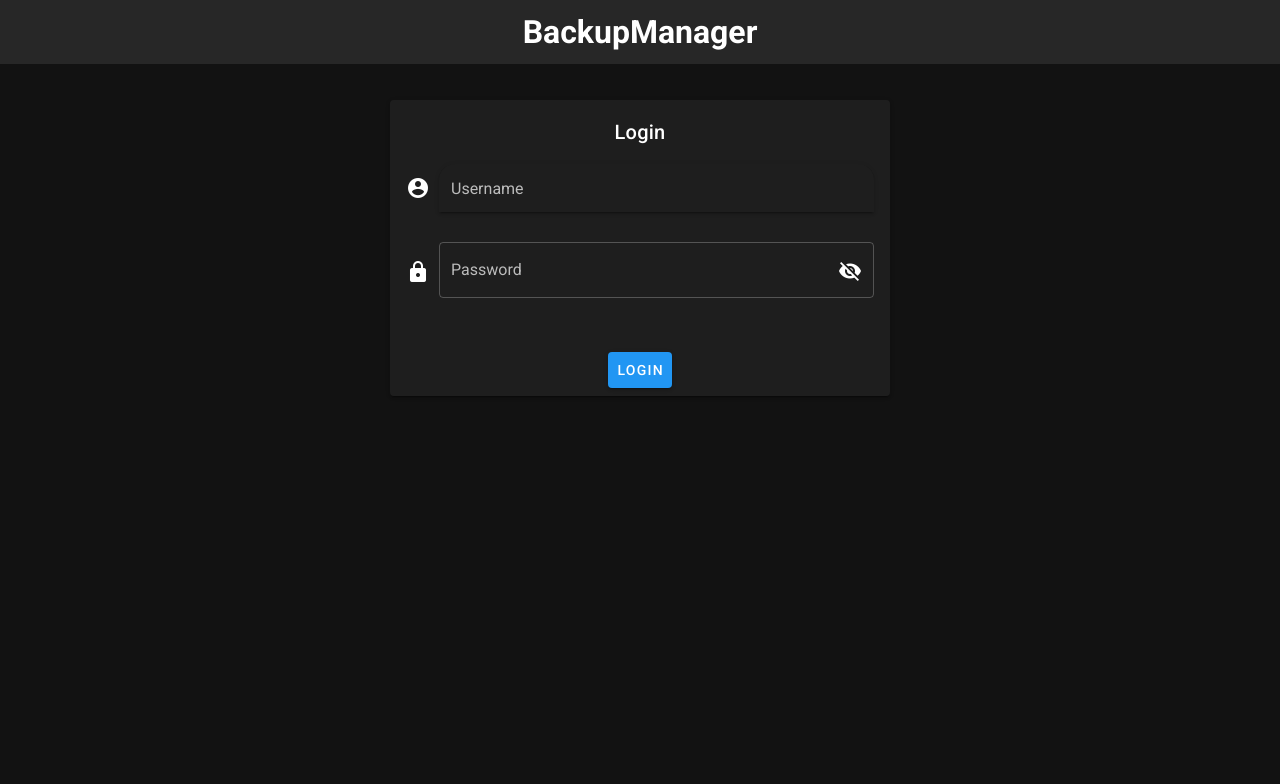
Repository: Erik966/Backup-Manager-Frontend
Page: /
The author's editor kept a copy of each file at every save. The page is drawn from the files as they stood at one save, then again after the next save.
The browser window is 1280 px wide. The pictures show the whole page.
The project was rebuilt for these pictures with package versions that can differ from the ones it lists, and the page was loaded fresh each time. Also part of the build but not shown: vue.config.js, src/components/Navigation.vue, src/views/secure.vue, src/components/Settings.vue, src/views/settings.vue.

Above is the page before, as saved 2023-01-17 00:49:08.

### public/index.html
<!DOCTYPE html>
<html lang="en">
  <head>
    <meta charset="utf-8">
    <meta http-equiv="X-UA-Compatible" content="IE=edge">
    <meta name="viewport" content="width=device-width,initial-scale=1.0">
    <!--link rel="icon" href="<%= BASE_URL %>favicon.ico"-->
    <title>Homepagename</title>
    <link rel="stylesheet" href="https://fonts.googleapis.com/css?family=Roboto:100,300,400,500,700,900">
    <link rel="stylesheet" href="https://cdn.jsdelivr.net/npm/@mdi/font@latest/css/materialdesignicons.min.css">
  </head>
  <body>
    <noscript>
      <strong>We're sorry but <!--%= htmlWebpackPlugin.options.title %--> doesn't work properly without JavaScript enabled. Please enable it to continue.</strong>
    </noscript>
    <div id="app"></div>
    <!-- built files will be auto injected -->
  </body>
</html>

### src/App.vue
<template>
  <v-app>
    <div >
    <v-toolbar dark class="justify-center">
      <v-row>
        <v-col class="justify-center">
          <h1 align="center">BackupManager</h1>
        </v-col>
        <!-- <v-col class="text-right">
          <v-btn to="/">Login</v-btn>
          <v-btn to="/secure">Secure</v-btn>
        </v-col> -->
      </v-row>

    </v-toolbar>
  </div>
    <router-view/>
  </v-app>
</template>

<script>

export default {
  name: 'App',

  data: () => ({
    //
  }),
  methods: {

  },
};
</script>
<style scoped>

</style>

### src/router/index.js
import Vue from 'vue'
import VueRouter from 'vue-router'
import login from '../views/Login.vue'
import secure from '../views/secure.vue'
import settings from '../views/settings.vue'


Vue.use(VueRouter)

const routes = [
  {
    path: '/',
    name: 'login',
    component: login
  },
  {
    path: '/secure',
    name: 'secure',
    component: secure
  },
  {
    path: '/settings',
    name: 'settings',
    component: settings
  }

]

const router = new VueRouter({
  mode: 'history',
  base: process.env.BASE_URL,
  routes
})

export default router

### src/plugins/vuetify.js
import Vue from 'vue';
import Vuetify from 'vuetify/lib/framework';

Vue.use(Vuetify);

export default new Vuetify({
    theme: { dark: true },
    icons: {
        iconfont: 'mdiSvg',
      },
});

### src/views/Login.vue
<template>
  <Login />
</template>

<script>
  import Login from '../components/Login'

  export default {
    //name: 'Home',

    components: {
      Login,
    },
  }
</script>

### src/components/Login.vue
<template>
<v-app>
    <v-main>
       <v-alert
       border="left"
                color="red"
                type="warning"
              :value="failed"
            >
              The username or the password is incorrect.
            </v-alert>
      <v-card width="500" class="mx-auto mt-9">
        <v-card-title class="justify-center">Login</v-card-title>

        <v-card-text>
          <v-text-field solo shaped v-model="username" label="Username" prepend-icon="mdi-account-circle"/>
          <v-text-field
          outlined
          v-model="password"
          label="Password"
          :type="showPassword ? 'text' : 'password'"
          prepend-icon="mdi-lock"
          :append-icon="showPassword ? 'mdi-eye' : 'mdi-eye-off'"
          @click:append="showPassword = !showPassword"/>
        </v-card-text>

        <v-card-actions class="justify-center">
          <v-btn color="info" @click="login()">Login</v-btn>
        </v-card-actions>

      </v-card>
    </v-main>
</v-app>
</template>

<script>
import axios from 'axios';
import CryptoJS from "crypto-js";

export default {
  data()
  {
    return{
      username: "",
      password: "",
      showPassword:false,
      failed: false
    }
  },
  props: {
  },
   methods: {

    getRandomInt(max) {
      return Math.floor(Math.random() * max);
    },

    power(x, n, p){
      let res = 1;
      for (let i = 1; i <= n; i++) res = (res * x) % p;
      return res;
    },

    login() {


      axios.post('http://localhost:5000/login_name', {username: this.username}).then(res => {
          if (res.status === 200) {
            let x = this.getRandomInt(res.data.P-1);
            let X = this.power(res.data.G, x,res.data.P);

             localStorage.setItem("ka", this.power(res.data.Y, x, res.data.P).toString());

             localStorage.setItem("username", this.username)

             axios.post('http://localhost:5000/key', {username: this.username, X: X.toString(10)}).then(res => {
                if (res.status === 200) {
                  console.log("Key exchange");

                  let user = {
                      username: this.username,
                      password: CryptoJS.AES.encrypt(this.password, localStorage.getItem("ka")).toString()
                    }

                  axios.post('http://localhost:5000/login', user)
                      .then(res => {
                        //if successfull
                        if (res.status === 200) {
                          localStorage.setItem('token', res.data.token);
                          localStorage.setItem("key_diff", CryptoJS.AES.decrypt(res.data.secret, localStorage.getItem("ka")).toString(CryptoJS.enc.Utf8));
                          console.log("T" + localStorage.getItem("key_diff"))
                          this.$router.push('/secure');
                        }
                      }, err => {
                        this.failed = true;
                        console.log(err.response);
                      })
                    }
                  }, err => {
                    console.log(err.response);
                    return;
                  })
              }
            }, err => {
              console.log(err.response);
              return;
            })

    }
  }
}
</script>

<!-- Add "scoped" attribute to limit CSS to this component only -->
<style scoped>
h3 {
  margin: 40px 0 0;
}
ul {
  list-style-type: none;
  padding: 0;
}
li {
  display: inline-block;
  margin: 0 10px;
}
a {
  color: #42b983;
}
.h1 {
  size: 40px;
}
.hello {
  text-align: center;
  height: 100%;
  background: #AAAAAA;

}
</style>

### src/components/Secure.vue
// TODO: Component sollte file Explorer nicht Secure heißen ?

<template>
  <v-main>
    <Navigation />

    <h1 align>File Explorer</h1>
    <div class="fileExplorerContainer">
      <v-list dense rounded>
        <v-list-item v-for="item in items2" :key="item.title" link>
          <!-- <v-list-item-icon>
              <v-icon>{{ item.icon }}</v-icon>
            </v-list-item-icon> -->
          <v-list-item-icon>
            <v-icon>{{ item.icon }}</v-icon>
          </v-list-item-icon>
          <v-list-item-content @click="on_item_click(item.number)">
            <v-list-item-title>{{ item.title }}</v-list-item-title>
            <div class="buttonContainer" v-if="item.title != check_val">
              <div>
                <v-btn @click="get_download(item.title)">
                  <v-icon>{{ icons[0] }}</v-icon>
                </v-btn>
              </div>
              <div>
                <v-btn @click="remove_file(item.title)">
                  <v-icon small>mdi-delete</v-icon>
                </v-btn>
              </div>
              <div>
                <v-btn @click="move_file(item.title)">
                  <v-icon small> {{ icons[1] }}</v-icon>
                </v-btn>
              </div>
            </div>
          </v-list-item-content>
        </v-list-item>
      </v-list>
      <div class="consoleContainer">
        <div>
          <v-btn color="primary" elevation="3" raised @click="upload_files()"
            >Upload</v-btn
          >
        </div>
        <div class="fileInput">
          <template>
            <v-file-input
              label="File input"
              outlined
              dense
              filled
              show-size
              multiple
              truncate-length="15"
              background-color="#222222"
              v-model="files_to_upload"
            ></v-file-input>
            <!--             <v-file-input
                  accept=".txt"
                  label="Click here to select a .txt file"
                  outlined
files_to_upload                >  </v-file-input> -->
          </template>
        </div>
        <div>
          <v-text-field solo dark clearable v-model="dirname" label="dirname" dense />
        </div>
        <div>
          <v-btn color="primary" elevation="3" raised @click="mkdir()"
            >MkDir</v-btn
          >
        </div>
      </div>
    </div>
  </v-main>
</template>

<script>
import Navigation from "../components/Navigation.vue";
import CryptoJS from "crypto-js";
import { mdiFolder } from "@mdi/js";
import { mdiCogOutline } from "@mdi/js";
import { mdiLogout } from "@mdi/js";
import { mdiContentCopy } from "@mdi/js";

import axios from "axios";
import { mdiFileAccount } from "@mdi/js";
import { mdiTrayArrowDown } from "@mdi/js";
// import { mdiDownloadCircle } from '@mdi/js';
export default {
  components: {
    Navigation,
  },
  data: () => ({
    currentPath: [],
    files_to_upload: "",
    drawer: null,
    failed: false,
    check_val: "..",
    copy_path: "",
    copy_name: "",
    dirname: "",
    icons: [mdiTrayArrowDown, mdiContentCopy],
    items: [
      { title: "File Explorer", icon: mdiFolder },
      { title: "Settings", icon: mdiCogOutline },
      { title: "Logout", icon: mdiLogout },
    ],
    items2: [],
  }),
  created() {
    //user is not authorized
    if (localStorage.getItem("token") === null) {
      this.$router.push("/");
    }
  },
  mounted() {
    this.get_files();
  },
  methods: {
    on_item_click(number_item) {
      console.log("reached muss");
      var clicked_item = this.items2[number_item];
      console.log(clicked_item);
      if (!clicked_item["directory"]) return;
      if (clicked_item["title"] == "..") {
        this.currentPath.pop();
        this.get_files();
        return;
      }
      this.currentPath.push(clicked_item["title"]);
      this.get_files();
    },

    get_files() {
      let data = new FormData();

      console.log("D" +  localStorage.getItem("username") );
      console.log("D" + localStorage.getItem("key_diff"));
      data.append("secret", CryptoJS.AES.encrypt(localStorage.getItem("username") + localStorage.getItem("key_diff"),localStorage.getItem("ka")).toString() )
      data.append("username", localStorage.getItem("username"))
      data.append("directory", this.currentPath);
      data.append("auth", localStorage.getItem("token"));
      axios.post("http://localhost:5000/fileexplorer", data).then(
        (res) => {
          if (res.status === 200) {
            console.log("HE");
            localStorage.setItem("key_diff", CryptoJS.AES.decrypt(res.data.secret, localStorage.getItem("ka")).toString(CryptoJS.enc.Utf8));
            console.log(res.data);
            let file_list = res.data.file_list;
            this.items2 = [];
            this.items2.push({
              title: "..",
              directory: true,
              icon: mdiFolder,
              number: this.items2.length,
            });
            for (var i = 0; i < file_list.length; i++) {
              let new_val = {
                title: file_list[i]["name"],
                directory: file_list[i]["directory"],
                icon: mdiFileAccount,
                number: this.items2.length,
              };
              if (new_val["directory"]) {
                new_val["icon"] = mdiFolder;
              }
              this.items2.push(new_val);
            }
          }
        },
        (err) => {
          this.currentPath.pop();
          this.failed = true;
          console.log(err.response);
          this.error = err.response.data.error;
        }
      );
    },
    remove_file(filename) {
      let data = new FormData();

       data.append("secret", CryptoJS.AES.encrypt(localStorage.getItem("username") + localStorage.getItem("key_diff"),localStorage.getItem("ka")).toString() )
      data.append("username", localStorage.getItem("username"))
      data.append("directory", this.currentPath);
      data.append("delete_file", filename);
      data.append("auth", localStorage.getItem("token"));
      axios
        .post("http://localhost:5000/remove_file", data)
        .then((response) => {
          localStorage.setItem("key_diff", CryptoJS.AES.decrypt(response.data.secret, localStorage.getItem("ka")).toString(CryptoJS.enc.Utf8));
          console.log(response);
          this.get_files();
        })
        .catch(console.error);
    },
    mkdir() {
      console.log(this.dirname);
      if (this.dirname === "") return;
      console.log("ok");
      let data = new FormData();

       data.append("secret", CryptoJS.AES.encrypt(localStorage.getItem("username") + localStorage.getItem("key_diff"),localStorage.getItem("ka")).toString() )
      data.append("username", localStorage.getItem("username"))
      data.append("directory", this.currentPath);
      data.append("dirname", this.dirname);
      data.append("auth",  localStorage.getItem("token"));
      axios.post("http://localhost:5000//mkdir", data).then((response) => {
        console.log(response);
        localStorage.setItem("key_diff", CryptoJS.AES.decrypt(response.data.secret, localStorage.getItem("ka")).toString(CryptoJS.enc.Utf8));
        this.get_files();
      });
      this.dirname = "";
    },
    get_download(filename) {
      let data = new FormData();

      data.append("secret", CryptoJS.AES.encrypt(localStorage.getItem("username") + localStorage.getItem("key_diff"),localStorage.getItem("ka")).toString() )
      data.append("username", localStorage.getItem("username"))
      data.append("directory", this.currentPath);
      data.append("download", filename);
      data.append("auth", localStorage.getItem("token"));
      axios
        .get("http://localhost:5000/download", {
          responseType: "blob",
          params: {
            directory: this.currentPath,
            file_name: filename,
            auth: localStorage.getItem("token"),
            username: localStorage.getItem("username"),
            secret: CryptoJS.AES.encrypt(localStorage.getItem("username") + localStorage.getItem("key_diff"),localStorage.getItem("ka")).toString(),

          },
        })
        .then((response) => {
          localStorage.setItem("key_diff", localStorage.getItem("key_diff") + "1");
          const url = window.URL.createObjectURL(new Blob([response.data]));
          const link = document.createElement("a");
          link.href = url;
          link.setAttribute("download", "download.zip");
          document.body.appendChild(link);
          link.click();
        })
        .catch(console.error);
    },
    upload_files() {
      // was ist das problem ?
      console.log(this.files_to_upload);

      let data = new FormData();
      for (var i = 0; i < this.files_to_upload.length; i++) {
        let file = this.files_to_upload[i];
        data.append("files" + i, file);
      }
       data.append("secret", CryptoJS.AES.encrypt(localStorage.getItem("username") + localStorage.getItem("key_diff"),localStorage.getItem("ka")).toString() )
      data.append("username", localStorage.getItem("username"))
      data.append("auth", localStorage.getItem("token"));
      data.append("directory", this.currentPath);
      axios.post("http://localhost:5000//upload", data).then((response) => {
        console.log(response);
        this.get_files();
        localStorage.setItem("key_diff", CryptoJS.AES.decrypt(response.data.secret, localStorage.getItem("ka")).toString(CryptoJS.enc.Utf8));
      });
    },
  },
};
</script>

<style>
h1 {
  text-align: center;
}
.fileExplorerContainer {
  padding: 16px;
}
input {
  background-color: #0077ff;
  color: black;
}
.consoleContainer {
  padding-top: 16px;
  display: flex;
  flex-direction: row;
  justify-content: space-between;
  max-width: 600px;
  gap: 10px;
}
.buttonContainer {
  padding-top: 8px;
  display: flex;
  flex-direction: row;
  justify-content: flex-start;
  gap: 16px;
}
.fileInput {
  width: 240px;
}
</style>

Loaded but not shown: src/main.js (common file)

After the next save:
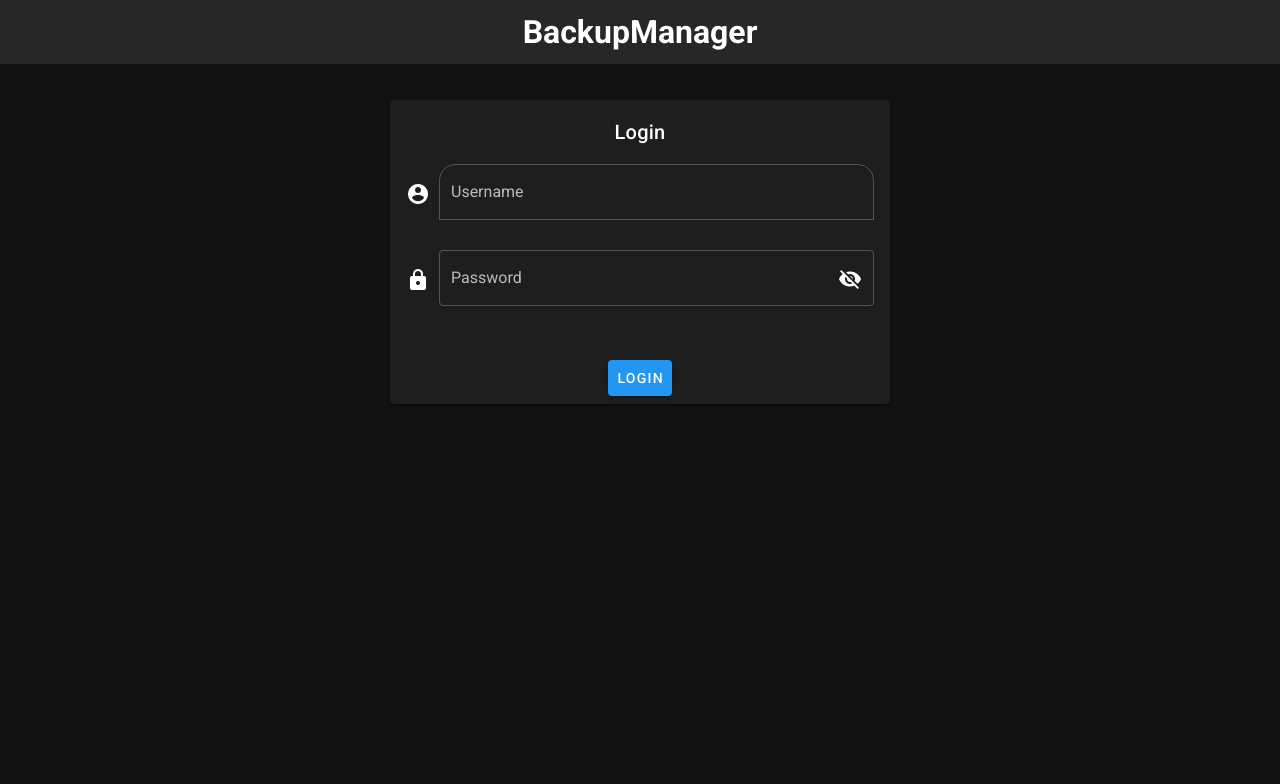
Saved 10 s later.
--- a/src/components/Login.vue
+++ b/src/components/Login.vue
@@ -13,7 +13,7 @@
         <v-card-title class="justify-center">Login</v-card-title>
 
         <v-card-text>
-          <v-text-field solo shaped v-model="username" label="Username" prepend-icon="mdi-account-circle"/>
+          <v-text-field outlined shaped v-model="username" label="Username" prepend-icon="mdi-account-circle"/>
           <v-text-field
           outlined
           v-model="password"
